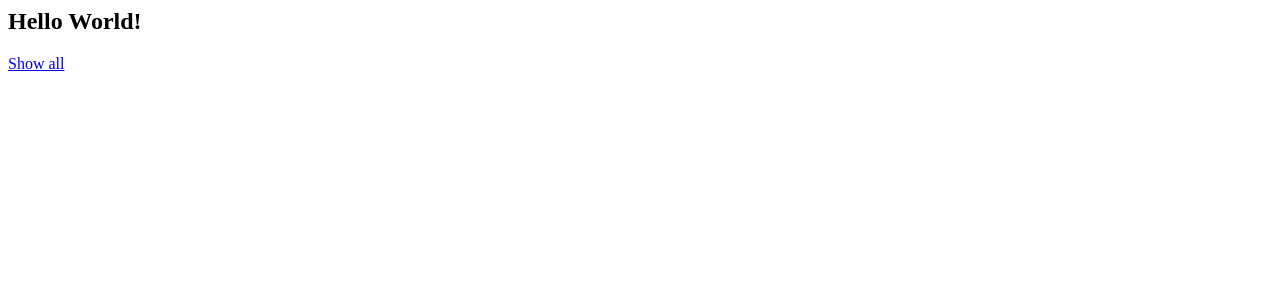
Repository: mitesh777/mavenProjects
Page: http://localhost/productapp/
These files come from the project's save history. The page is drawn as it stood at one moment and after a run of saves; the edit follows.
The browser window is 1280 px wide. The pictures show the whole page.
The page is served by Tomcat 9.

Above is the page before, as saved 2018-08-11 12:43:33.

After the next 2 saves:
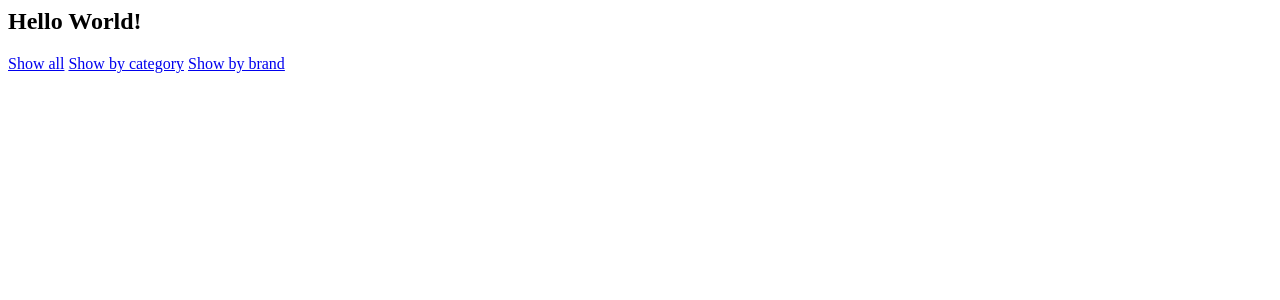
The 2 saves are shown as one change because they came seconds apart.
The last was saved 62 s later.
--- a/productapp/src/main/webapp/index.jsp
+++ b/productapp/src/main/webapp/index.jsp
@@ -2,5 +2,7 @@
 <body>
 <h2>Hello World!</h2>
 <a href="ShowAllProducts">Show all</a>
+<a href="ShowByCategory">Show by category</a>
+<a href="ShowByBrand">Show by brand</a>
 </body>
 </html>
